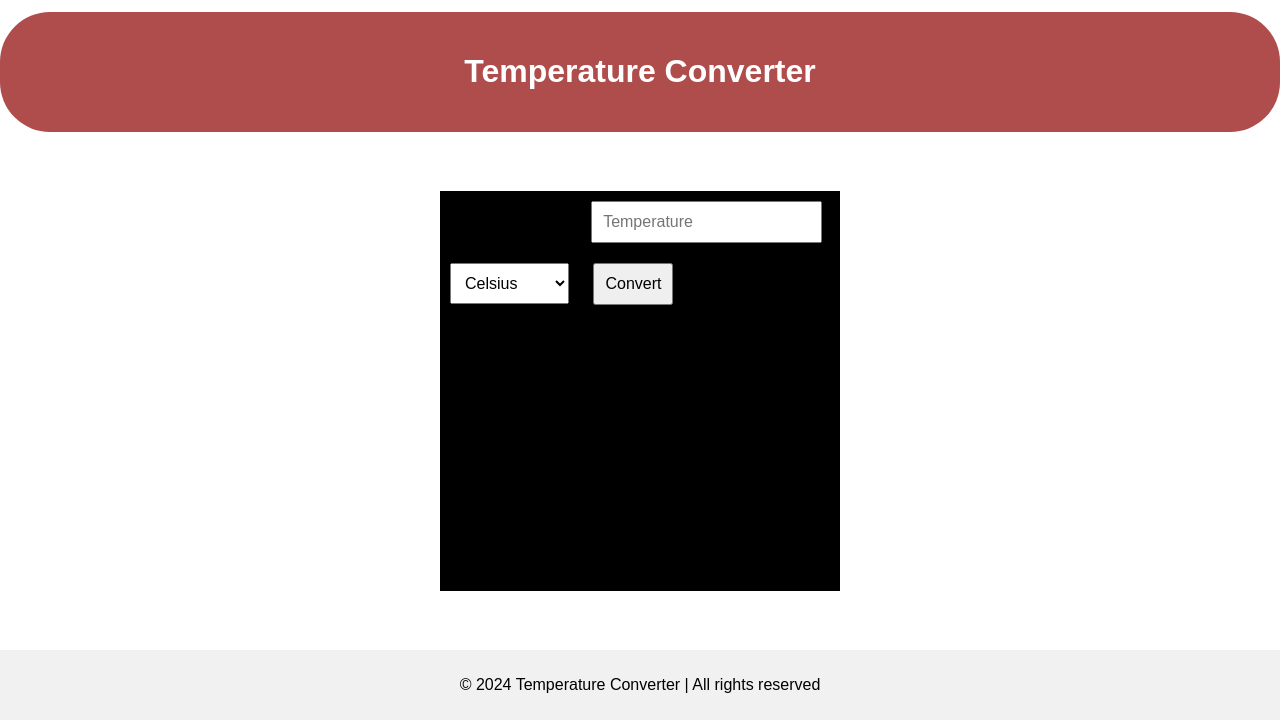
Repository: akhiranandan-04/Temperature-Converter
Page: index.html
The author's editor kept a copy of each file at every save. The page is drawn from the files as they stood at one save, then again after the next save.
The browser window is 1280 px wide. The pictures show the whole page.

Above is the page before, as saved 2024-10-19 13:11:23.

After the next save:
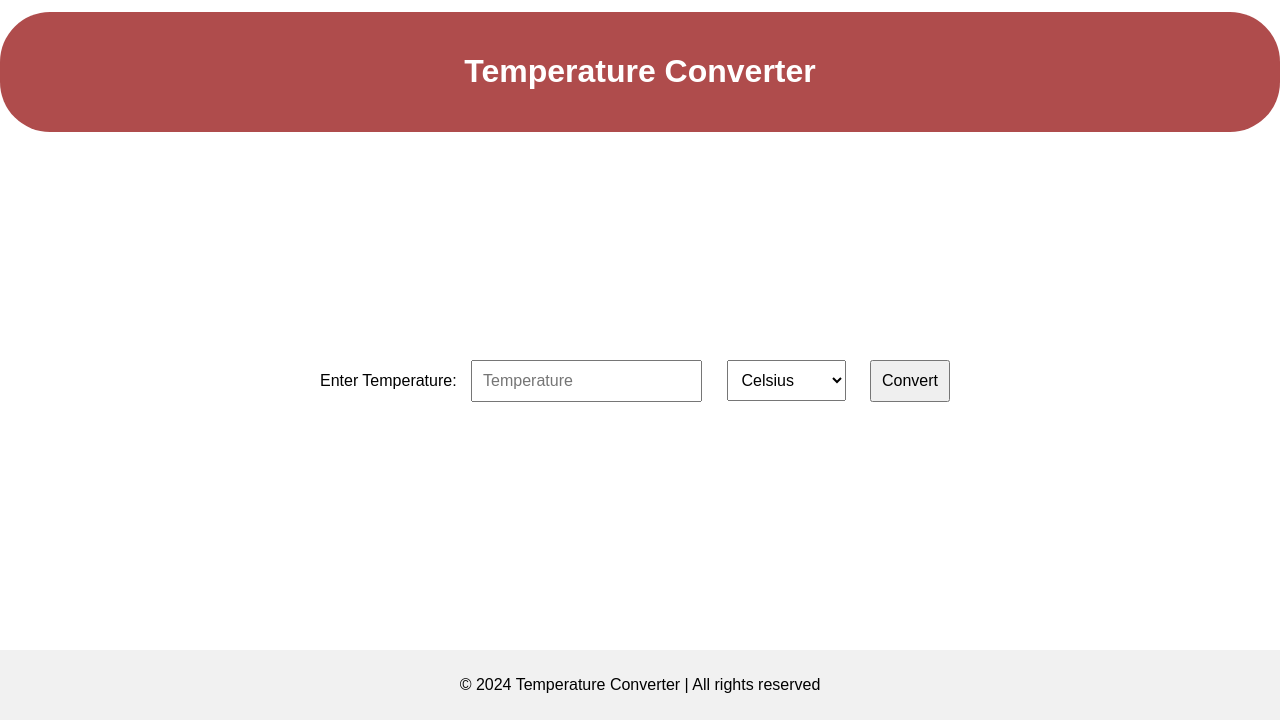
Saved 13 s later.
--- a/style.css
+++ b/style.css
@@ -26,9 +26,7 @@ header {
 }
 
 .background{
-    background-color: black;
-    height: 400px;
-    width: 400px;
+
 }
 .converter input, .converter select, .converter button {
     margin: 10px;
